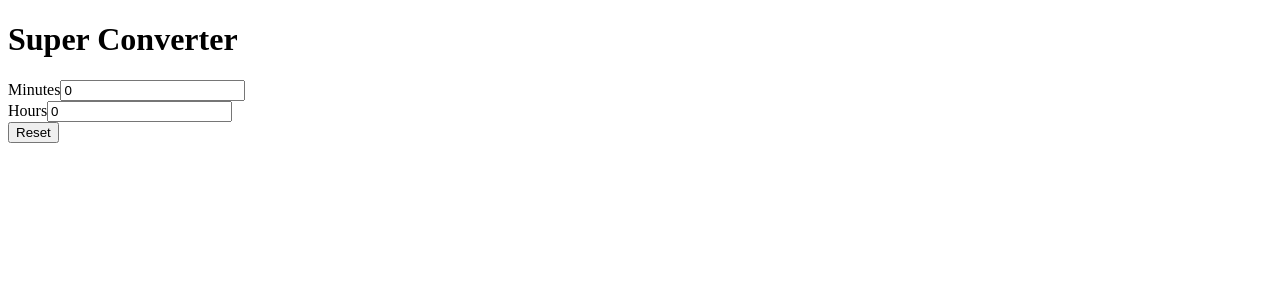
Repository: Leeminsu67/react-principle-study
Page: converter.html
The author's editor kept a copy of each file at every save. The page is drawn from the files as they stood at one save, then again after the next save.
The browser window is 1280 px wide. The pictures show the whole page.

Above is the page before, as saved 2024-07-31 23:33:56.

After the next save:
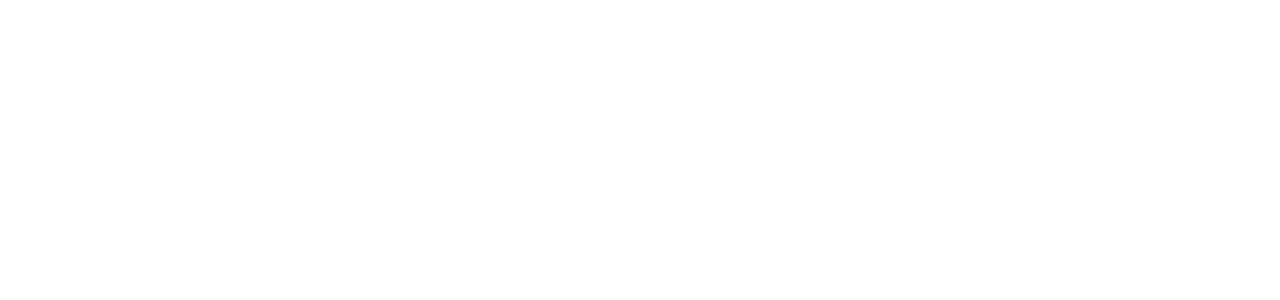
Console error (its wording comes from the project's code and is left out).
Saved 23 s later.
--- a/converter.html
+++ b/converter.html
@@ -13,6 +13,7 @@
         // console.log(event.target.value);
         setMinutes(event.target.value);
       };
+      cosnt reset = () => setMinutes(0);
       return (
         <div>
           <h1>Super Converter</h1>
@@ -35,7 +36,7 @@
               placeholder="Hours"
             />
           </div>
-          <button>Reset</button>
+          <button onClick={reset}>Reset</button>
         </div>
       );
     };

After the save that followed:
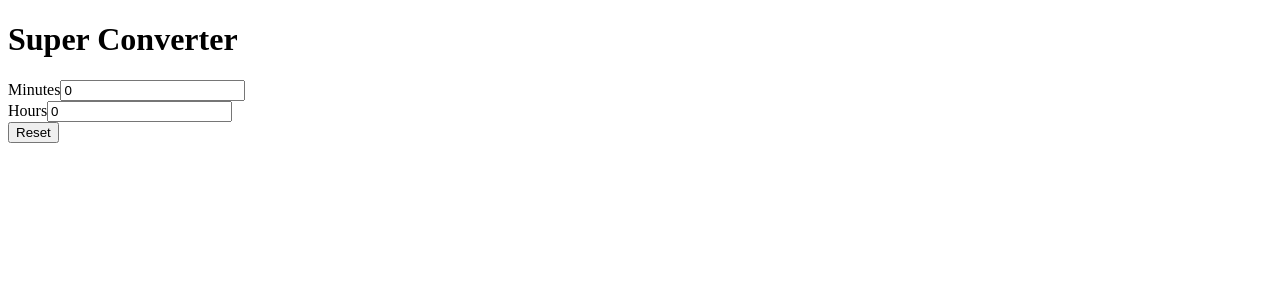
The error is gone.
Saved 9 s later.
--- a/converter.html
+++ b/converter.html
@@ -13,7 +13,7 @@
         // console.log(event.target.value);
         setMinutes(event.target.value);
       };
-      cosnt reset = () => setMinutes(0);
+      const reset = () => setMinutes(0);
       return (
         <div>
           <h1>Super Converter</h1>
